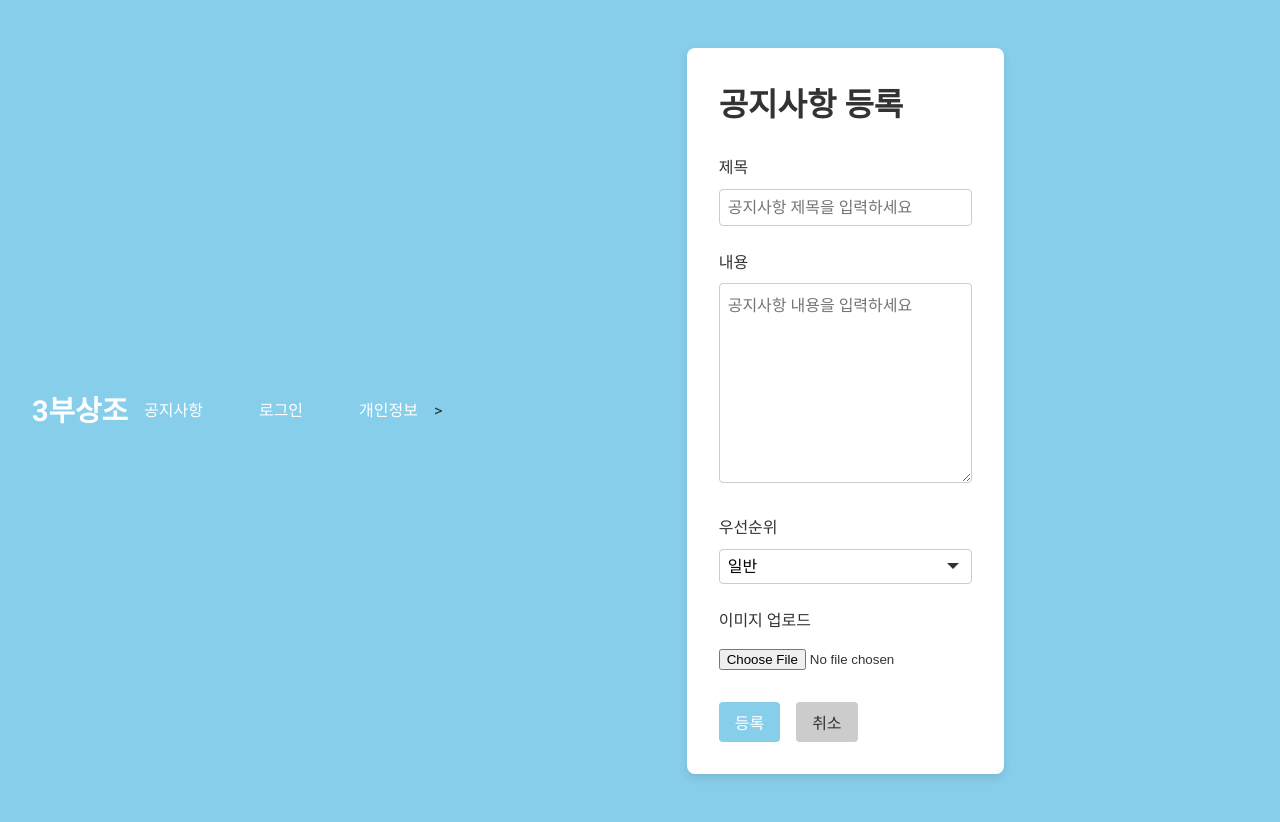
Repository: hanchanwook/MidPJ
Page: http://localhost/project/WEB-INF/views/MainPage/noticedenglock.jsp
These files come from the project's save history. The page is drawn as it stood at one moment and after the next save; the edit follows.
The browser window is 1280 px wide. The pictures show the whole page.
The page is served by Tomcat 9. Nobody is signed in. Other server files are loaded and not shown. The template is opened directly, without the code that normally fills it, so the values that code supplies are empty.

Above is the page before, as saved 2025-04-22 05:40:29.

### project/src/main/webapp/WEB-INF/views/MainPage/noticedenglock.jsp
<%@ page language="java" contentType="text/html; charset=UTF-8" pageEncoding="UTF-8"%>
<!DOCTYPE html>
<html lang="ko">
<head>
    <meta charset="UTF-8">
    <meta name="viewport" content="width=device-width, initial-scale=1.0">
    <meta name="description" content="3부상조 공지사항 등록 - 관리자용 공지사항 작성 페이지">
    <title>3부상조 - 공지사항 등록</title>
    <link href="https://fonts.googleapis.com/css2?family=Roboto:wght@300;400;700&display=swap" rel="stylesheet">
    <style>
        * {
            margin: 0;
            padding: 0;
            box-sizing: border-box;
        } /* 기본 스타일 초기화 */

        body {
            font-family: 'Roboto', sans-serif;
            line-height: 1.6;
            background-color: #f0f8ff; /* Light sky blue background */
            color: #333;
        } /* 전체 페이지 스타일 */

        /* Header */
        header {
            background-color: #87ceeb; /* Light sky blue */
            padding: 1rem 2rem;
            display: flex;
            justify-content: space-between;
            align-items: center;
            position: sticky;
            top: 0;
            z-index: 1000;
            box-shadow: 0 2px 4px rgba(0, 0, 0, 0.1);
        } /* 헤더 스타일 정의 */

        #logo a {
            color: #fff;
            text-decoration: none;
            font-size: 1.8rem;
            font-weight: 700;
        } /* 로고 스타일 */

        .nav-menu {
            display: flex;
            list-style: none;
            gap: 1.5rem;
        } /* 네비게이션 메뉴 컨테이너 */

        .nav-menu li a {
            color: #fff;
            text-decoration: none;
            font-size: 1rem;
            padding: 0.5rem 1rem;
            transition: all 0.3s ease;
        } /* 네비게이션 메뉴 링크 스타일 */

        .nav-menu li a:hover {
            background-color: #6ab7d5;
            border-radius: 4px;
        } /* 네비게이션 링크 호버 효과 */

        /* Mobile Menu Button */
        .mobile-menu-btn {
            display: none;
            background: none;
            border: none;
            cursor: pointer;
        } /* 모바일 메뉴 버튼 (기본 숨김) */

        .mobile-menu-btn span {
            display: block;
            width: 25px;
            height: 3px;
            background-color: #fff;
            margin: 5px 0;
            transition: all 0.3s ease;
        } /* 모바일 메뉴 버튼 아이콘 스타일 */

        /* Mobile Menu */
        .mobile-nav {
            display: none;
            position: fixed;
            top: 0;
            right: -100%;
            width: 100%;
            height: 100%;
            background-color: #87ceeb;
            padding: 5rem 2rem;
            transition: right 0.3s ease;
            z-index: 999;
        } /* 모바일 네비게이션 메뉴 (기본 숨김) */

        .mobile-nav.active {
            right: 0;
        } /* 모바일 네비게이션 활성화 스타일 */

        .mobile-nav ul {
            list-style: none;
            display: flex;
            flex-direction: column;
            gap: 1.5rem;
        } /* 모바일 네비게이션 메뉴 리스트 */

        .mobile-nav ul li a {
            color: #fff;
            text-decoration: none;
            font-size: 1.2rem;
            padding: 0.5rem;
            display: block;
            transition: all 0.3s ease;
        } /* 모바일 네비게이션 링크 스타일 */

        .mobile-nav ul li a:hover {
            background-color: #6ab7d5;
            border-radius: 4px;
        } /* 모바일 네비게이션 링크 호버 효과 */

        /* Main Content */
        main {
            max-width: 1200px;
            margin: 2rem auto;
            padding: 0 2rem;
        } /* 메인 콘텐츠 레이아웃 */

        /* Register Form */
        .register-form {
            background-color: #fff;
            border-radius: 8px;
            box-shadow: 0 4px 8px rgba(0, 0, 0, 0.1);
            padding: 2rem;
            animation: slideUp 0.8s ease-out;
        } /* 공지사항 등록 폼 스타일 */

        .register-form h1 {
            font-size: 2rem;
            color: #333;
            margin-bottom: 1.5rem;
        } /* 폼 제목 스타일 */

        .form-group {
            margin-bottom: 1.5rem;
        } /* 폼 그룹 스타일 */

        .form-group label {
            display: block;
            font-size: 1rem;
            color: #333;
            margin-bottom: 0.5rem;
            font-weight: 500;
        } /* 라벨 스타일 */

        .form-group input[type="text"],
        .form-group textarea,
        .form-group select {
            width: 100%;
            padding: 0.5rem;
            border: 1px solid #ccc;
            border-radius: 4px;
            font-size: 1rem;
            font-family: 'Roboto', sans-serif;
        } /* 입력 필드 스타일 */

        .form-group textarea {
            min-height: 200px;
            resize: vertical;
        } /* 텍스트 영역 스타일 */

        .form-group input[type="file"] {
            padding: 0.5rem 0;
        } /* 파일 입력 스타일 */

        .form-group select {
            appearance: none;
            background: url('data:[embedded picture, 130 characters]') no-repeat right 0.75rem center/12px 6px;
            padding-right: 2rem;
        } /* 셀렉트 박스 스타일 */

        .form-buttons {
            display: flex;
            gap: 1rem;
            flex-wrap: wrap;
        } /* 버튼 컨테이너 스타일 */

        .form-buttons button {
            padding: 0.5rem 1rem;
            border: none;
            border-radius: 4px;
            cursor: pointer;
            font-size: 1rem;
            transition: all 0.3s ease;
        } /* 버튼 기본 스타일 */

        .submit-btn {
            background-color: #87ceeb;
            color: #fff;
        } /* 등록 버튼 스타일 */

        .submit-btn:hover {
            background-color: #6ab7d5;
        } /* 등록 버튼 호버 효과 */

        .cancel-btn {
            background-color: #ccc;
            color: #333;
        } /* 취소 버튼 스타일 */

        .cancel-btn:hover {
            background-color: #bbb;
        } /* 취소 버튼 호버 효과 */

        /* Animations */
        @keyframes slideUp {
            from { transform: translateY(20px); opacity: 0; }
            to { transform: translateY(0); opacity: 1; }
        } /* 슬라이드 업 애니메이션 */

        /* Responsive Design */
        @media (max-width: 768px) {
            .nav-menu {
                display: none;
            } /* 데스크톱 메뉴 숨김 */
            .mobile-menu-btn {
                display: block;
            } /* 모바일 메뉴 버튼 표시 */
            .register-form {
                padding: 1rem;
            } /* 모바일에서 패딩 축소 */
            .register-form h1 {
                font-size: 1.5rem;
            } /* 제목 크기 축소 */
        }
    </style>
</head>
<body>
    <!-- Header -->
    <header>
        <div id="logo"><a href="${pageContext.request.contextPath}/">3부상조</a></div> <!-- 로고 -->
        <nav>
            <ul class="nav-menu">
                <li><a href="${pageContext.request.contextPath}/notice">공지사항</a></li> <!-- 공지사항 링크 -->
                <li><a href="${pageContext.request.contextPath}/login">로그인</a></li> <!-- 로그인 링크 -->
                <li><a href="#">개인정보</a></li> <!-- 개인정보 링크 -->
            </ul>
        </nav>>

    <!-- Main Content -->
    <main>
        <section class="register-form">
            <h1>공지사항 등록</h1> <!-- 폼 제목 -->
            <form id="noticeForm" enctype="multipart/form-data" onsubmit="submitNotice(event)">
                <div class="form-group">
                    <label for="title">제목</label>
                    <input type="text" id="title" name="title" required placeholder="공지사항 제목을 입력하세요">
                </div>
                <div class="form-group">
                    <label for="content">내용</label>
                    <textarea id="content" name="content" required placeholder="공지사항 내용을 입력하세요"></textarea>
                </div>
                <div class="form-group">
                    <label for="importance">우선순위</label>
                    <select id="importance" name="importance">
                        <option value="일반">일반</option>
                        <option value="중요">중요</option>
                    </select>
                </div>
                <div class="form-group">
                    <label for="f_name">이미지 업로드</label>
                    <input type="file" id="f_name" name="f_name" accept="image/*">
                </div>
                <div class="form-buttons">
                    <button type="submit" class="submit-btn">등록</button>
                    <button type="button" class="cancel-btn" onclick="window.location.href='${pageContext.request.contextPath}/notice'">취소</button>
                </div>
            </form>
        </section>
    </main>

    <script>

    </script>
</body>
</html>

After the next save:
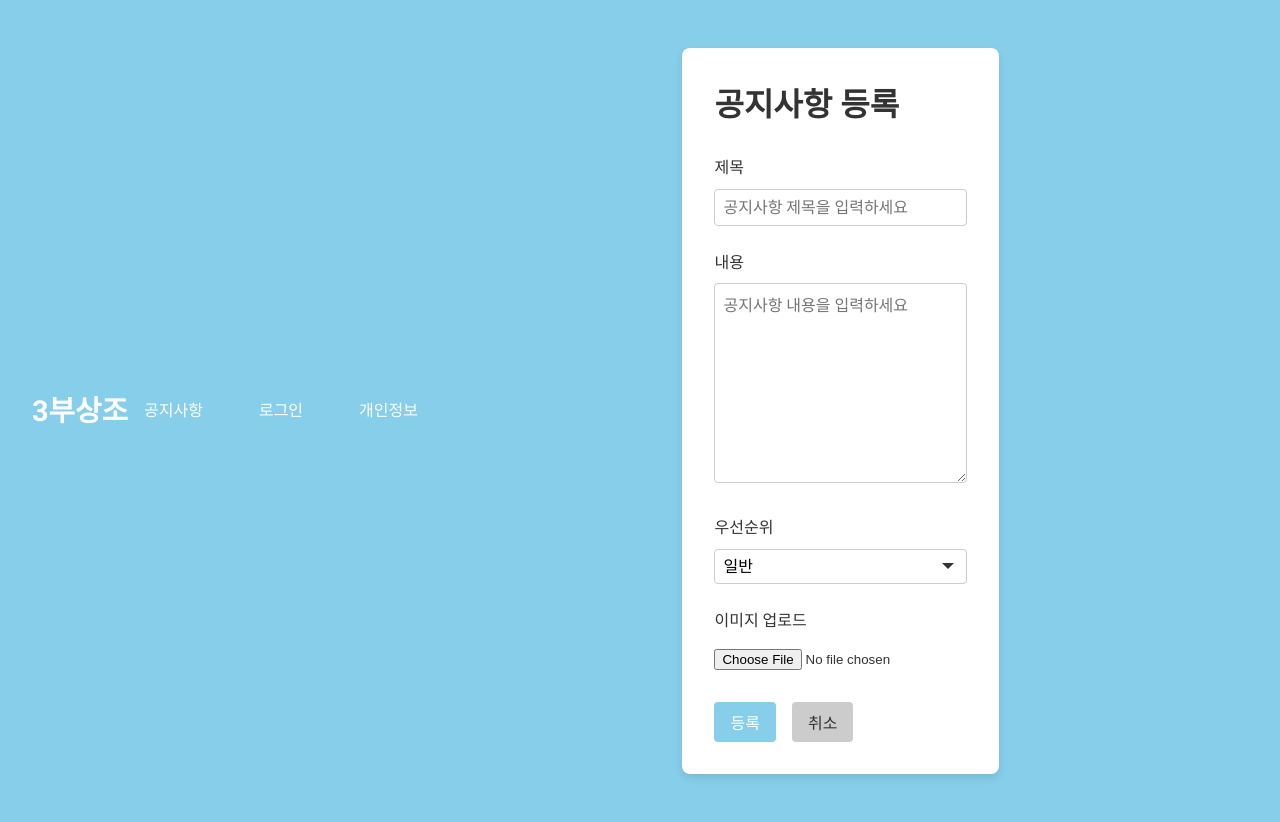
Saved 5 s later.
--- a/project/src/main/webapp/WEB-INF/views/MainPage/noticedenglock.jsp
+++ b/project/src/main/webapp/WEB-INF/views/MainPage/noticedenglock.jsp
@@ -242,7 +242,7 @@
                 <li><a href="${pageContext.request.contextPath}/login">로그인</a></li> <!-- 로그인 링크 -->
                 <li><a href="#">개인정보</a></li> <!-- 개인정보 링크 -->
             </ul>
-        </nav>>
+        </nav>
 
     <!-- Main Content -->
     <main>
